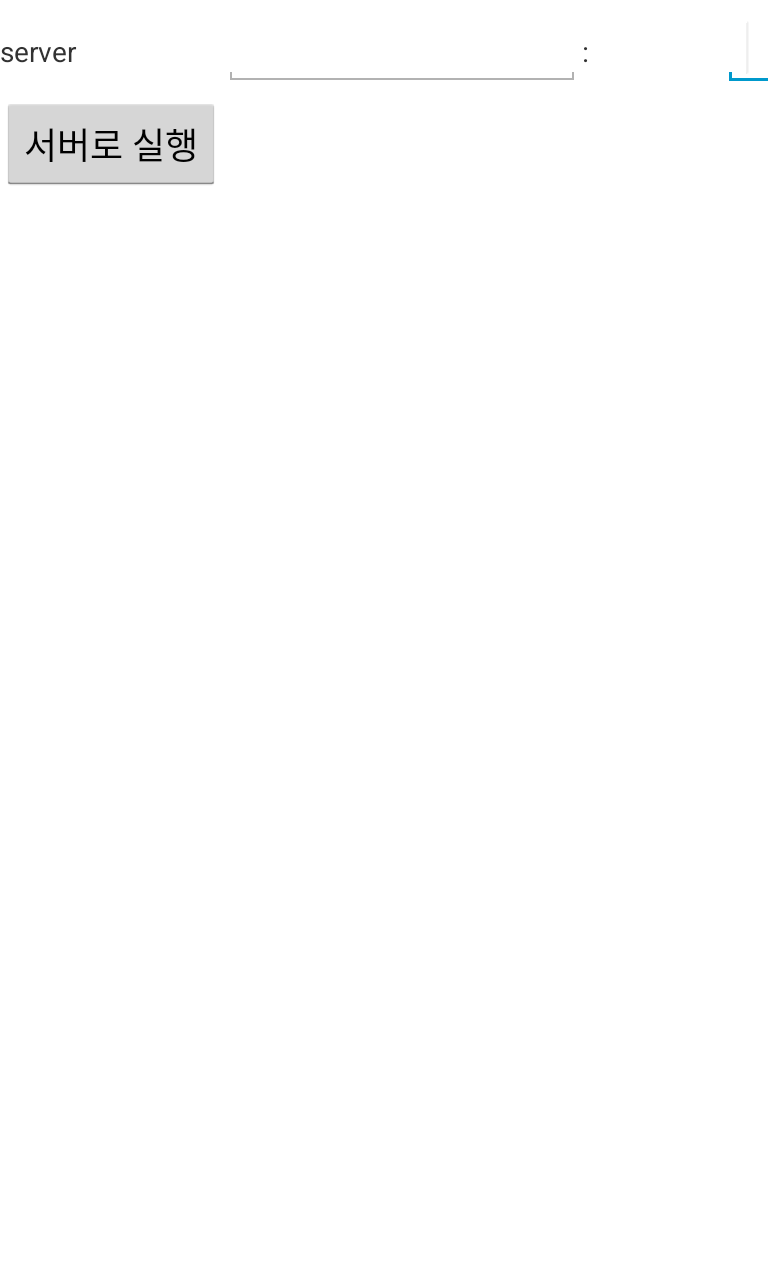
Repository: supremehappy/Android
Layout: MessengerTest/res/layout/activity_main.xml
The author's editor kept a copy of each file at every save. The layout is drawn from the files as they stood at one save, then again after the next save.
It is drawn on a 768 x 1280 px phone screen (xhdpi) without system bars, with theme AppTheme; the app's code is not run.

Above is the layout before, as saved 2017-09-04 07:25:22.

### MessengerTest/res/layout/activity_main.xml
<LinearLayout xmlns:android="http://schemas.android.com/apk/res/android"
    xmlns:tools="http://schemas.android.com/tools"
    android:id="@+id/LinearLayout1"
    android:layout_width="match_parent"
    android:layout_height="match_parent"
    android:orientation="vertical"
    tools:context="${relativePackage}.${activityClass}" >

    <TableLayout
        android:layout_width="match_parent"
        android:layout_height="wrap_content" >

        <TableRow
            android:id="@+id/tableRow1"
            android:layout_width="wrap_content"
            android:layout_height="wrap_content" >

            <TextView
                android:id="@+id/textView1"
                android:layout_width="wrap_content"
                android:layout_height="wrap_content"
                android:text="@string/server" />

            <EditText
                android:id="@+id/server_ip"
                android:layout_width="180dp"
                android:layout_height="wrap_content"
                android:ems="10" >

                <requestFocus />
            </EditText>

            <TextView
                android:id="@+id/textView2"
                android:layout_width="70dp"
                android:layout_height="wrap_content"
                android:text="@string/a" />

            <EditText
                android:id="@+id/server_port"
                android:layout_width="70dp"
                android:layout_height="wrap_content"
                android:ems="10" >

                <requestFocus />
            </EditText>

            <Button
                android:id="@+id/connect_to_server"
                android:layout_width="wrap_content"
                android:layout_height="wrap_content"
                android:text="@string/c" />

        </TableRow>

        <TableRow
            android:id="@+id/tableRow2"
            android:layout_width="wrap_content"
            android:layout_height="wrap_content" >

            <Button
                android:id="@+id/run_as_server"
                android:layout_width="wrap_content"
                android:layout_height="wrap_content"
                android:text="@string/server1" />

        </TableRow>
    </TableLayout>

</LinearLayout>

### MessengerTest/res/values/strings.xml
<?xml version="1.0" encoding="utf-8"?>
<resources>

    <string name="app_name">MessingerTest</string>
    <string name="hello_world">Hello world!</string>
    <string name="server">server</string>
    <string name="a">:</string>
    <string name="c">connect</string>
    <string name="server1">서버로 실행</string>

</resources>

Loaded but not shown: MessengerTest/res/values/styles.xml (common file); MessengerTest/res/values-v11/styles.xml (common file); MessengerTest/res/values-v14/styles.xml (common file)

After the next save:
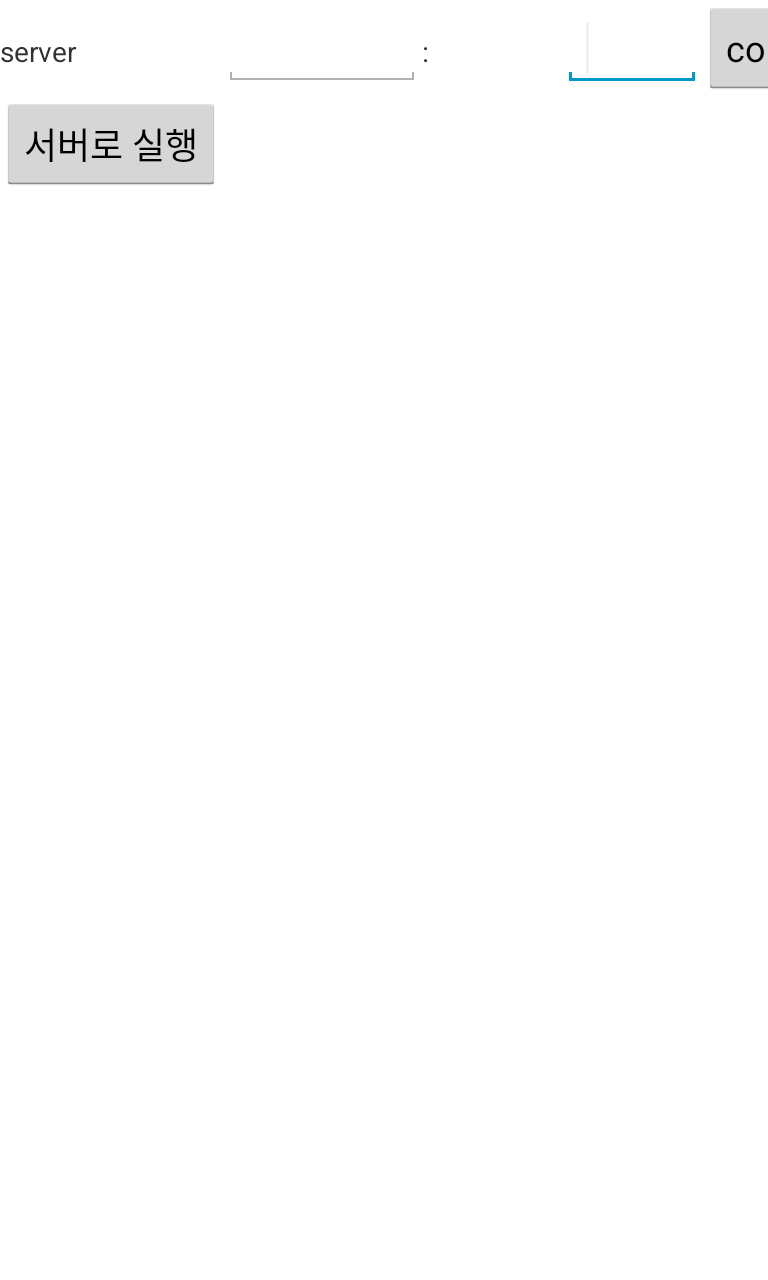
Saved 20 s later.
--- a/MessengerTest/res/layout/activity_main.xml
+++ b/MessengerTest/res/layout/activity_main.xml
@@ -23,7 +23,7 @@
 
             <EditText
                 android:id="@+id/server_ip"
-                android:layout_width="180dp"
+                android:layout_width="100dp"
                 android:layout_height="wrap_content"
                 android:ems="10" >
 
